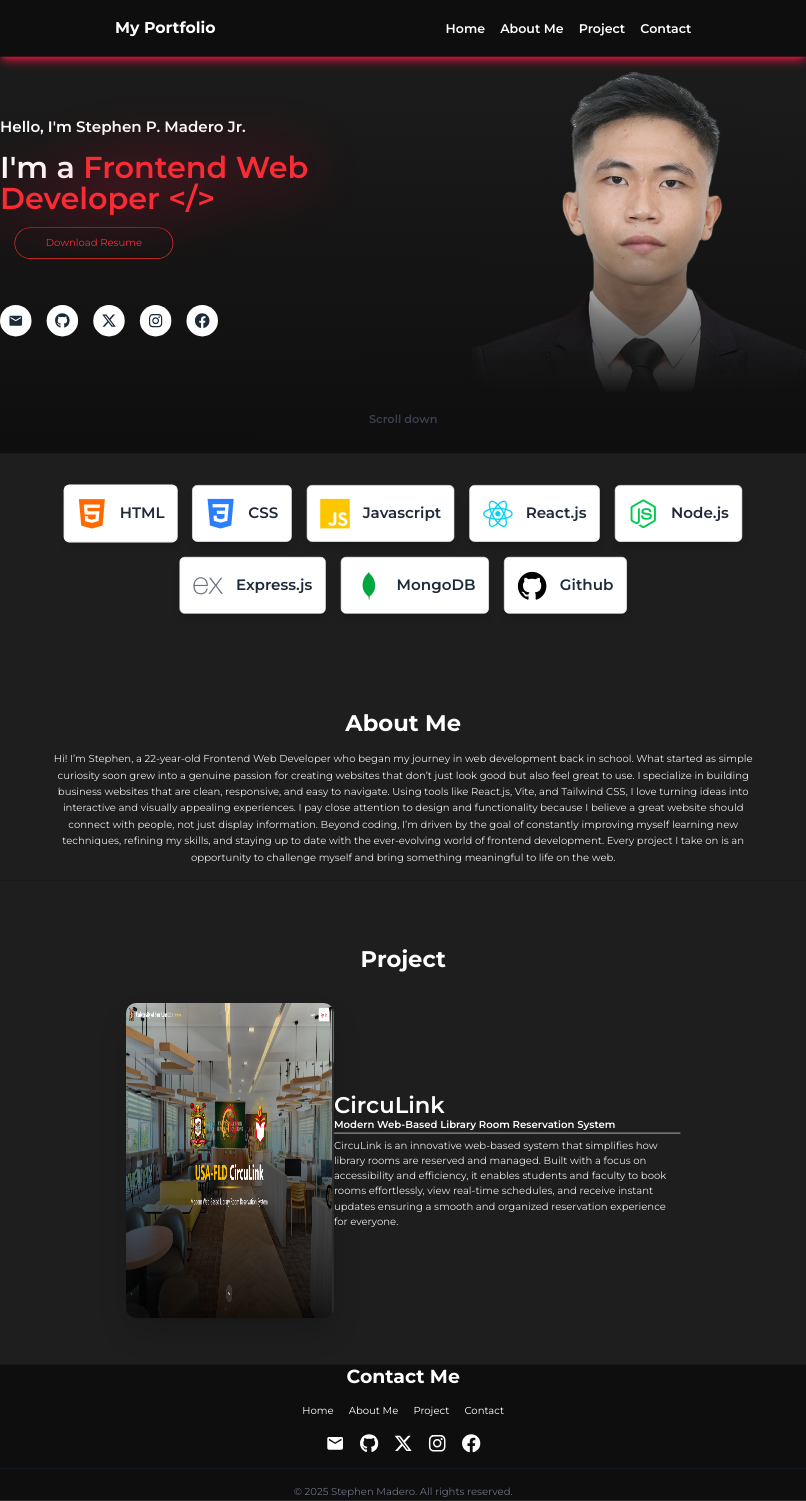
Repository: KaguyaKawaii/portfolio
Page: / (app in frontend/)
These files come from the project's save history. The page is drawn as it stood at one moment and after a run of saves; the edit follows.
The browser window is 1280 px wide. The pictures show the whole page, at 63% of full size.
Some web libraries are served in a nearby version. The project was rebuilt for these pictures with package versions that can differ from the ones it lists, and the page was loaded fresh each time. Also part of the build but not shown: frontend/vite.config.js.

Above is the page before, as saved 2025-10-29 00:17:21.

After the next 2 saves:
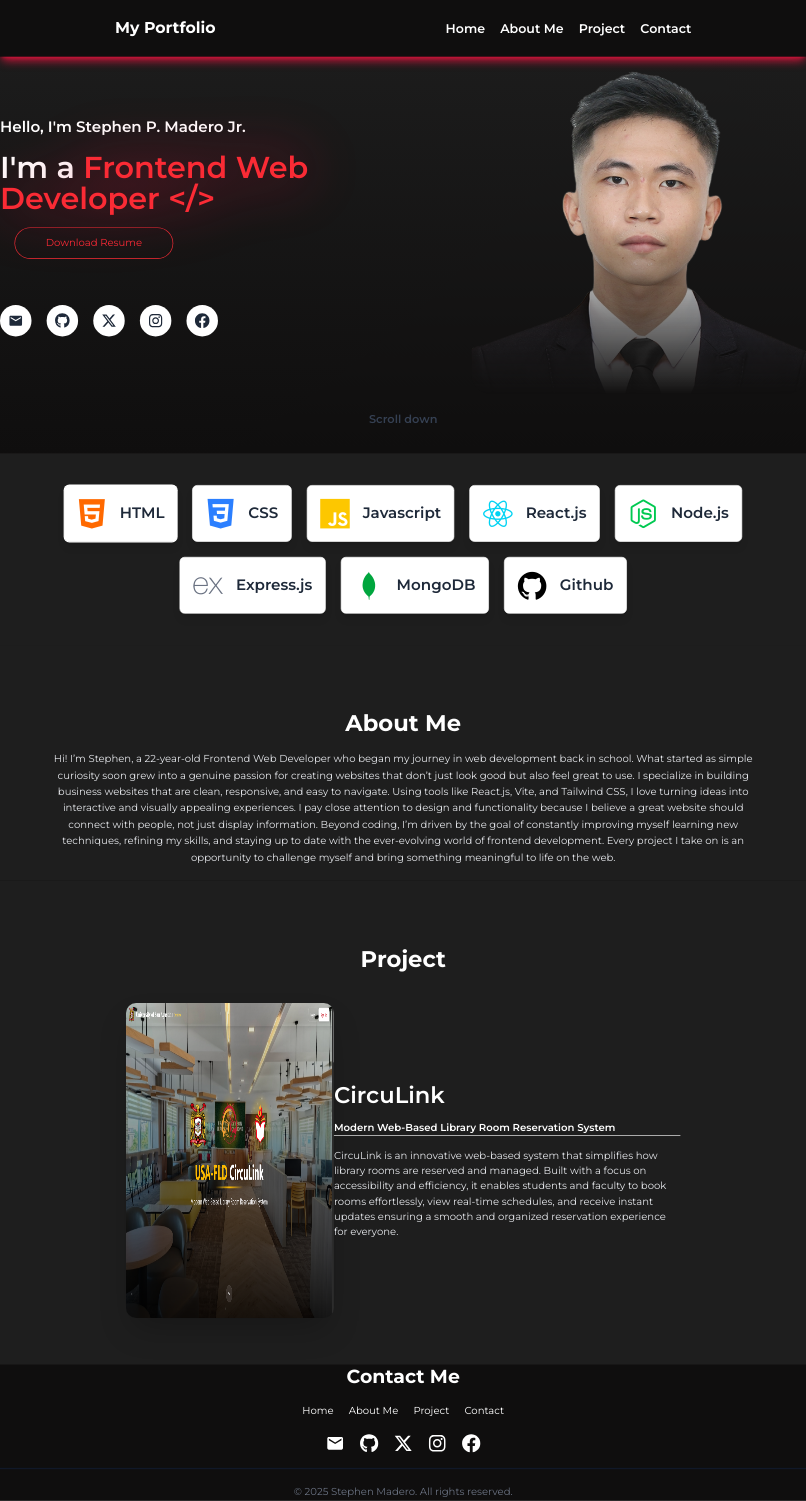
The 2 saves are shown as one change because they came seconds apart.
The last was saved 18 s later.
--- a/frontend/src/App.jsx
+++ b/frontend/src/App.jsx
@@ -241,7 +241,7 @@
 
                   <div className=''>
                     <h1 className='text-4xl font-semibold' >CircuLink</h1>
-                    <p className='font-semibold border-b'>Modern Web-Based Library Room Reservation System</p>
+                    <p className='font-semibold border-b my-5'>Modern Web-Based Library Room Reservation System</p>
                     <p className="mt-2 text-gray-200 w-[550px]">
   CircuLink is an innovative web-based system that simplifies how library rooms are reserved and managed.
   Built with a focus on accessibility and efficiency, it enables students and faculty to book rooms effortlessly,

After the save that followed:
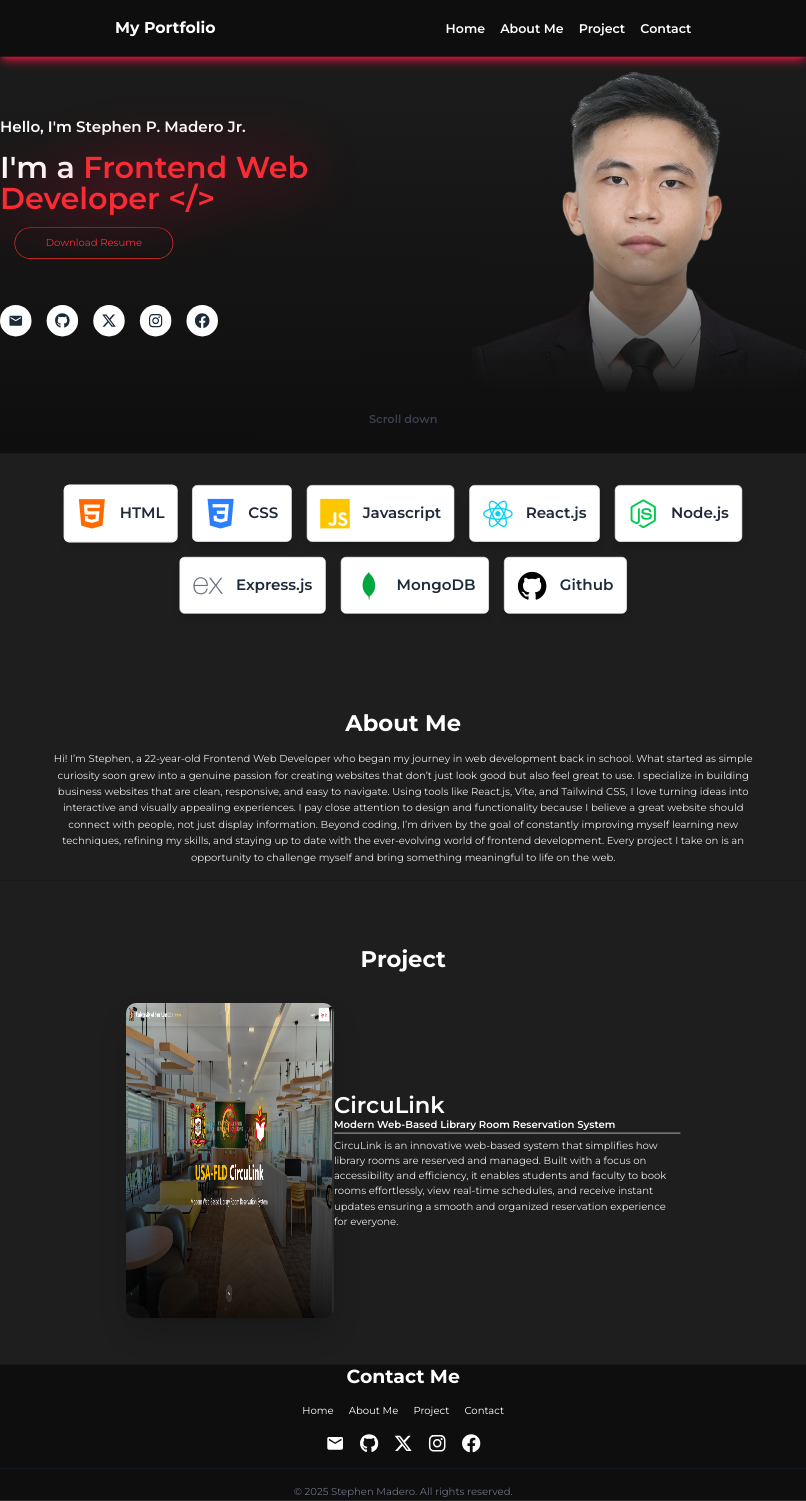
Saved 19 s later.
--- a/frontend/src/App.jsx
+++ b/frontend/src/App.jsx
@@ -241,7 +241,8 @@
 
                   <div className=''>
                     <h1 className='text-4xl font-semibold' >CircuLink</h1>
-                    <p className='font-semibold border-b my-5'>Modern Web-Based Library Room Reservation System</p>
+                    <p className='font-semibold '>Modern Web-Based Library Room Reservation System</p>
+                    <div className='border-b'></div>
                     <p className="mt-2 text-gray-200 w-[550px]">
   CircuLink is an innovative web-based system that simplifies how library rooms are reserved and managed.
   Built with a focus on accessibility and efficiency, it enables students and faculty to book rooms effortlessly,
